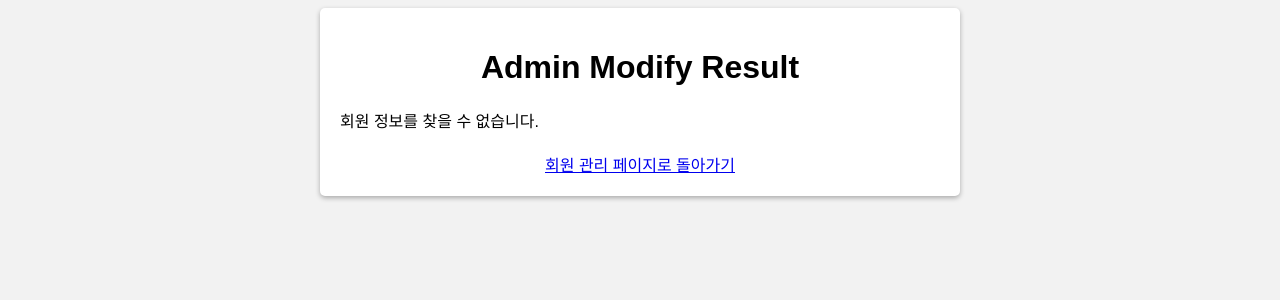
Repository: i-kemen/jsp
Page: http://localhost/WebTest/adminMemberModifyResult.jsp
An editor plug-in stored every save of this project. The page is shown before and after the next save, followed by the edit.
The browser window is 1280 px wide. The pictures show the whole page.
The page is served by Tomcat 10. Other server files are loaded and not shown.

Above is the page before, as saved 2023-06-27 04:06:04.

### WebTest/src/main/webapp/adminMemberModifyResult.jsp
<%@ page language="java" contentType="text/html; charset=UTF-8" %>
<%@ page import="com.member.MemberDTO" %>
<!DOCTYPE html>
<html>
<head>
    <meta charset="UTF-8">
    <title>Admin Modify Result</title>
    <style>
        body {
            font-family: Arial, sans-serif;
            background-color: #f2f2f2;
        }

        h1 {
            text-align: center;
        }

        .container {
            max-width: 600px;
            margin: 0 auto;
            padding: 20px;
            background-color: #fff;
            border-radius: 5px;
            box-shadow: 0 2px 5px rgba(0, 0, 0, 0.3);
        }

        label {
            display: block;
            margin-bottom: 10px;
        }

        .result-message {
            margin-top: 20px;
            text-align: center;
        }
    </style>
</head>
<body>
    <div class="container">
        <h1>Admin Modify Result</h1>
        <%-- 수정 결과 출력 --%>
        <% MemberDTO memberDTO = (MemberDTO) request.getAttribute("memberDTO"); %>
        <% if (memberDTO != null) { %>
            <p>회원 정보가 수정되었습니다.</p>
            <table>
                <tr>
                    <td>이름:</td>
                    <td><%= memberDTO.getName() %></td>
                </tr>
                <tr>
                    <td>ID:</td>
                    <td><%= memberDTO.getId() %></td>
                </tr>
                <tr>
                    <td>Password:</td>
                    <td><%= memberDTO.getPassword() %></td>
                </tr>
                <tr>
                    <td>Phone:</td>
                    <td><%= memberDTO.getPhone() %></td>
                </tr>
                <tr>
                    <td>Email:</td>
                    <td><%= memberDTO.getEmail() %></td>
                </tr>
                <tr>
                    <td>회원상태:</td>
                    <td><%= memberDTO.getMemberStatus() %></td>
                </tr>
                <tr>
                    <td>회원권한:</td>
                    <td><%= memberDTO.getMemberRole() %></td>
                </tr>
            </table>
        <% } else { %>
            <p>회원 정보를 찾을 수 없습니다.</p>
        <% } %>
        <div class="result-message">
            <a href="memberManagement.jsp">회원 관리 페이지로 돌아가기</a>
        </div>
    </div>
</body>
</html>

After the next save:
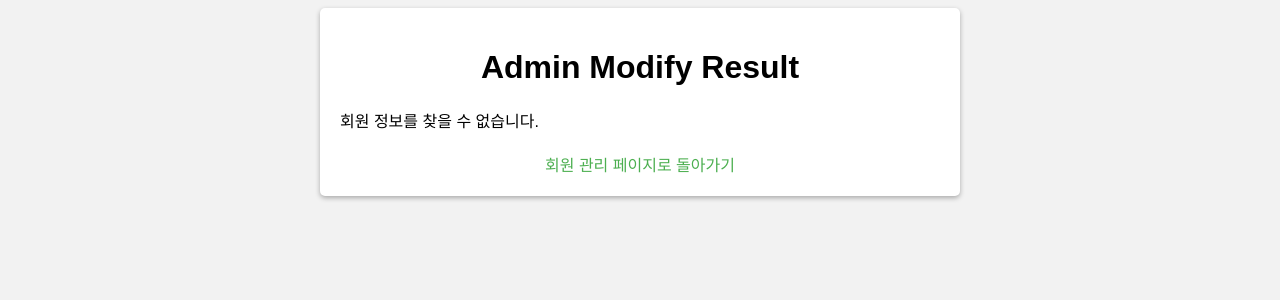
Saved 71 s later.
--- a/WebTest/src/main/webapp/adminMemberModifyResult.jsp
+++ b/WebTest/src/main/webapp/adminMemberModifyResult.jsp
@@ -24,14 +24,25 @@
             box-shadow: 0 2px 5px rgba(0, 0, 0, 0.3);
         }
 
-        label {
-            display: block;
-            margin-bottom: 10px;
+        table {
+            width: 100%;
+            border-collapse: collapse;
+        }
+
+        th, td {
+            padding: 8px;
+            text-align: left;
+            border-bottom: 1px solid #ddd;
         }
 
         .result-message {
             margin-top: 20px;
             text-align: center;
+        }
+
+        .result-message a {
+            text-decoration: none;
+            color: #4CAF50;
         }
     </style>
 </head>
